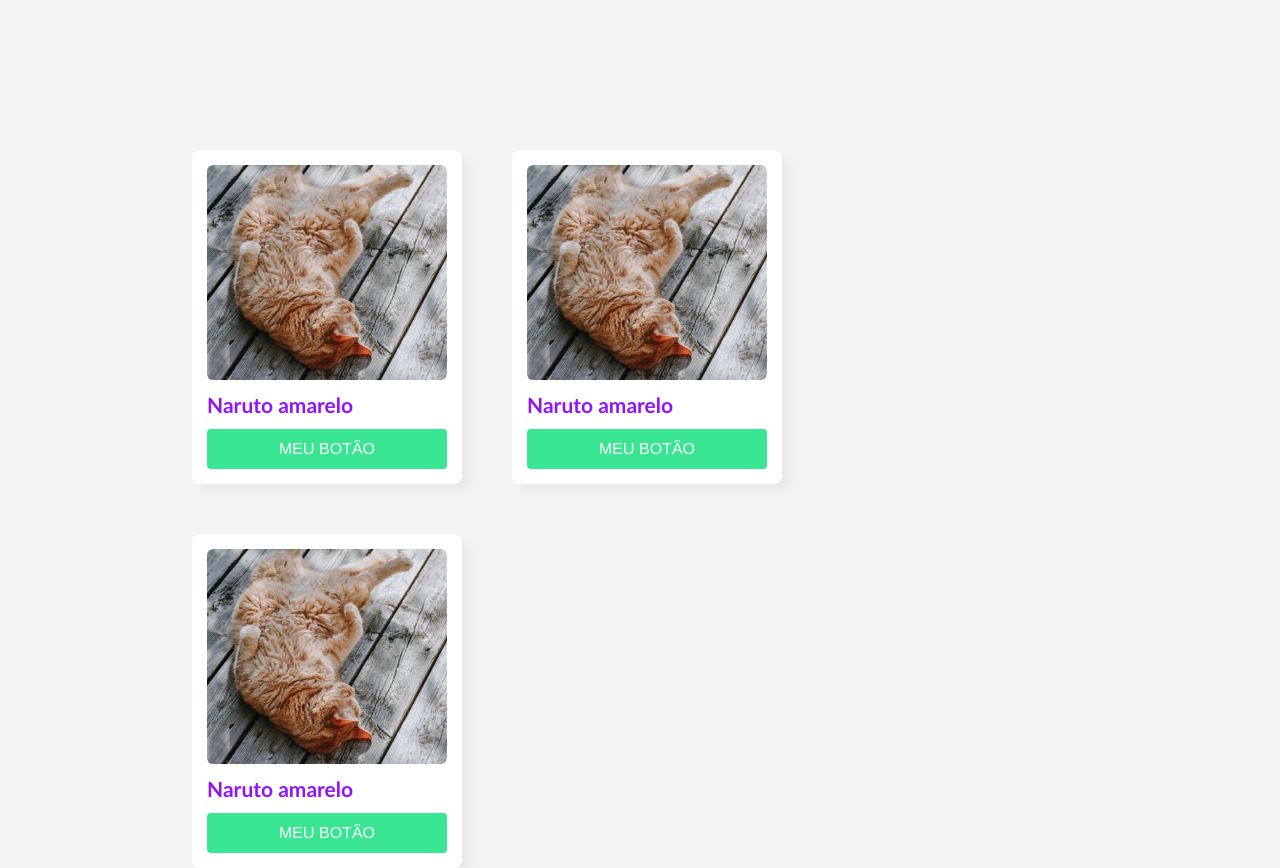
Repository: alessandradiamantino/Curso-Front-End-Design
Page: 1 - Introdução ao HTML e CSS/2 - Exercício CSS/01/codesignerspro-arquivos-exercicio-css-02/codesignerspro-arquivos-exercicio-css-02/index.html
An editor plug-in stored every save of this project. The page is shown before and after the next save, followed by the edit.
The browser window is 1280 px wide. The pictures show the whole page.

Above is the page before, as saved 2023-04-22 09:51:02.

### 1 - Introdução ao HTML e CSS/2 - Exercício CSS/01/codesignerspro-arquivos-exercicio-css-02/codesignerspro-arquivos-exercicio-css-02/index.html
<!DOCTYPE html>
<html lang="pt-br">

<head>
  <meta charset="UTF-8">
  <meta name="viewport" content="width=device-width, initial-scale=1.0">
  <meta http-equiv="X-UA-Compatible" content="ie=edge">
  <title>Exercício CSS 02</title>
  <link rel="stylesheet" type="text/css" href="css/style.css" />
</head>

<body>
  <main>
  <div class="card-container">
    <div class="card">
      <img src="images/gato-01.jpg"
        alt="gato deitado"
        title="gatinho"
        class="card-image"
      />
      <div class="card-body">
        <h1>Naruto amarelo</h1>
    </div>
    <div class="card-footer">
     <a href="https://web.whatsapp.com/" class="btn">Meu Botão</a>
    </div>
  </div>
</div>

<div class="card-container">
  <div class="card">
    <img src="images/gato-01.jpg"
      alt="gato deitado"
      title="gatinho"
      class="card-image"
    />
    <div class="card-body">
      <h1>Naruto amarelo</h1>
  </div>
  <div class="card-footer">
   <a href="https://web.whatsapp.com/" class="btn">Meu Botão</a>
  </div>
</div>
</div>

<div class="card-container">
  <div class="card">
    <img src="images/gato-01.jpg"
      alt="gato deitado"
      title="gatinho"
      class="card-image"
    />
    <div class="card-body">
      <h1>Naruto amarelo</h1>
  </div>
  <div class="card-footer">
   <a href="https://web.whatsapp.com/" class="btn">Meu Botão</a>
  </div>
</div>
</div>
  </main>
</body>

</html>

### 1 - Introdução ao HTML e CSS/2 - Exercício CSS/01/codesignerspro-arquivos-exercicio-css-02/codesignerspro-arquivos-exercicio-css-02/css/style.css
body{
  background-color: #f2f4f5;
  margin: 0;
}
main {
  width: 70%;
  display: table;
  margin: 100px auto 0 auto;
}
.card-container {
  width: 270px;
  display: table;
  float: left;
  margin: 50px 50px 0 0;
}

.card {
  width: 100%;
  display: table;
  background-color: #fff;
  border-radius: 8px;
  box-shadow: 8px 8px 12px rgba(0, 0, 0, 0.05);
  padding: 15px;
  box-sizing: border-box;
}

.card .card-image {
  width: 100%;
  max-width: 100%;
  height: auto;
  border-radius: 6px;
  display: block;
}

.card .card-body {
  width: 100%;
  display: table;
  margin-top: 13px;
}

.card .card-body h1 {
  font-family:'Gill Sans', 'Gill Sans MT', Calibri, 'Trebuchet MS', sans-serif;
  font-size: 21px;
  font-weight: 800;
  line-height: 24px;
  color: #9013fe;
  margin: 0;
}

.card .card-footer {
  width: 100%;
  display: table;
}

.card .card-footer .btn {
  width: 100%;
}
/* botões */

.btn {
  width: auto;
  height: 40px;
  display: inline-block;
  background-color: #39e493;
  color: #fff;
  font-family:'Franklin Gothic Medium', 'Arial Narrow', Arial, sans-serif;
  font-size: 16px;
  text-transform: uppercase;
  line-height: 40px;
  text-decoration: none;
  text-align: center;
  border-radius: 2px;
  margin-top: 12px;
  padding: 0 30px;
  border-radius: 4px;
  box-sizing: border-box;
}

After the next save:
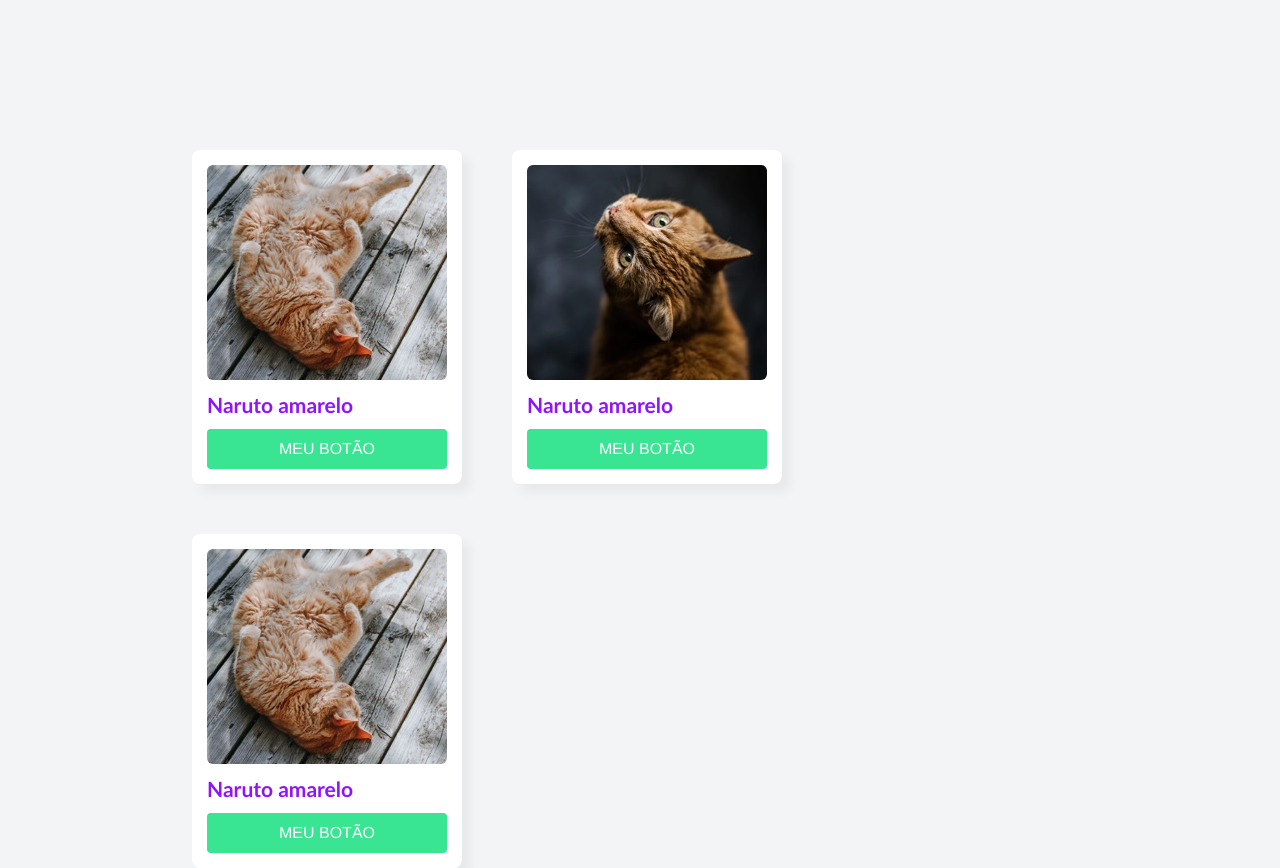
Saved 25 s later.
--- a/1 - Introdução ao HTML e CSS/2 - Exercício CSS/01/codesignerspro-arquivos-exercicio-css-02/codesignerspro-arquivos-exercicio-css-02/index.html
+++ b/1 - Introdução ao HTML e CSS/2 - Exercício CSS/01/codesignerspro-arquivos-exercicio-css-02/codesignerspro-arquivos-exercicio-css-02/index.html
@@ -29,7 +29,7 @@
 
 <div class="card-container">
   <div class="card">
-    <img src="images/gato-01.jpg"
+    <img src="images/gato-02.jpg"
       alt="gato deitado"
       title="gatinho"
       class="card-image"
